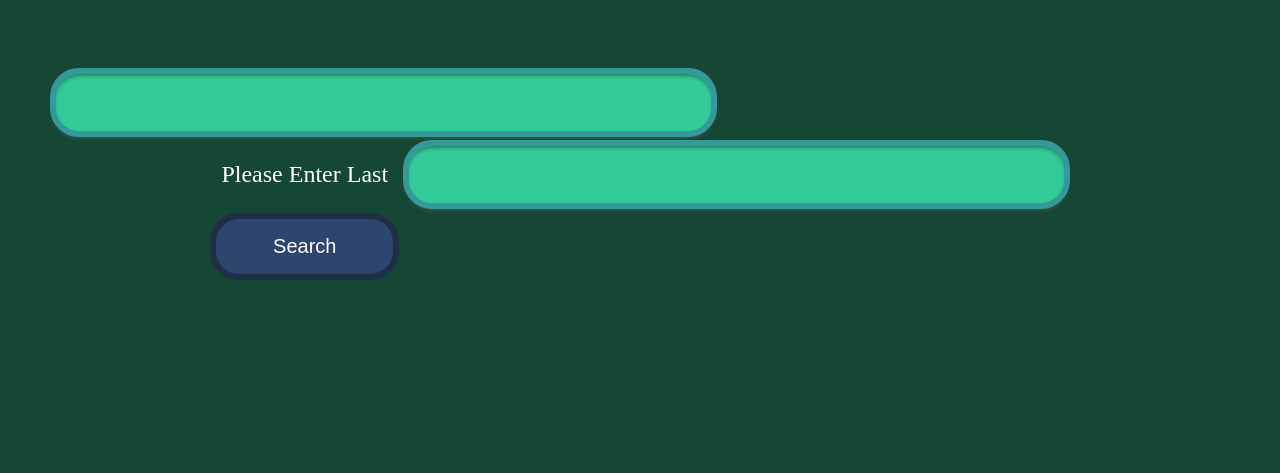
Repository: prajaktamore/Web-Based-Programming-3
Page: http://localhost/BinaryCalculator/submittal.jsp
An editor plug-in stored every save of this project. The page is shown before and after the next save, followed by the edit.
The browser window is 1280 px wide. The pictures show the whole page.
The page is served by Tomcat 9.

Above is the page before, as saved 2014-05-04 18:18:53.

After the next save:
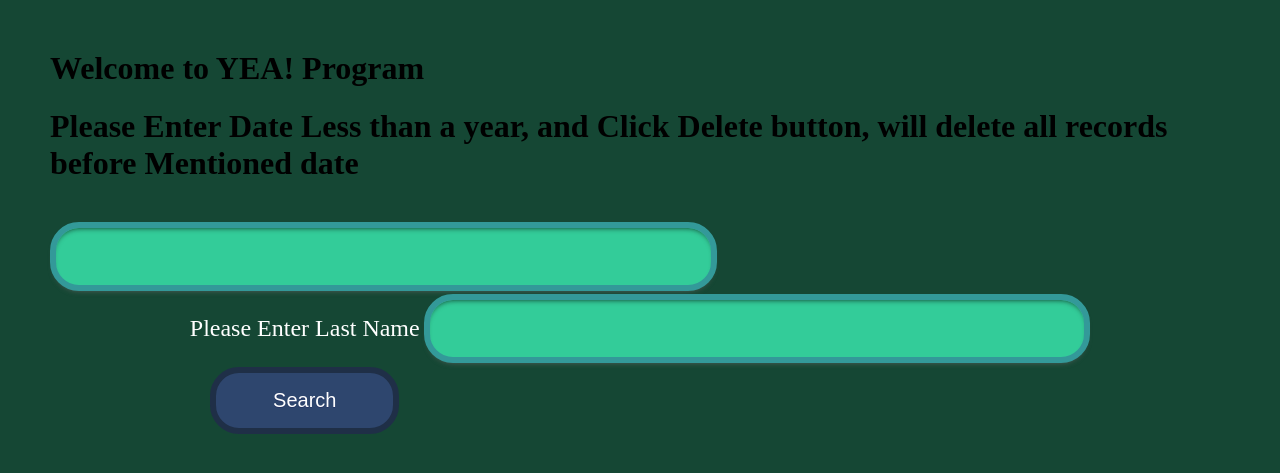
Saved 36 s later.
--- a/BinaryCalculator/WebContent/submittal.jsp
+++ b/BinaryCalculator/WebContent/submittal.jsp
@@ -9,13 +9,16 @@
 
 </head>
 <body>
+<h1>Welcome to YEA! Program</h1>
+<h1>Please Enter Date Less than a year, and Click Delete button, will delete all records before Mentioned date</h1>
+
 <form method="POST" action="Submit">
 <br><input type="text" readonly="readonly" name="username" id="username" value="${sessionScope.username}" style ="background: #33CC99; height:55px; width: 600px;text-align:right;font-size:35px; border-radius: 2em; border:6px solid #339999;border-radius:29px; color: #fff; padding-left: 1.5em; outline: none; box-shadow: 0 4px 6px -5px hsl(0, 0%, 40%), inset 0px 4px 6px -5px hsl(0, 0%, 2%)" >
 
   <table width="page" align="center" >
 
 					<tr>
-					  <td height="40" align="center"> <label style="color:#ffffff;font-size:24px" >Please Enter Last</label> </td>
+					  <td height="40" align="center"> <label style="color:#ffffff;font-size:24px" >Please Enter Last Name</label> </td>
              			 <td align="center"> <input id="lastname" name="lastname" type="text" style ="background: #33CC99; height:55px; width: 600px;text-align:right;font-size:35px; border-radius: 2em; border:6px solid #339999;border-radius:29px; color: #fff; padding-left: 1.5em; outline: none; box-shadow: 0 4px 6px -5px hsl(0, 0%, 40%), inset 0px 4px 6px -5px hsl(0, 0%, 2%)"/></td>
  					</tr>
   					<tr>
